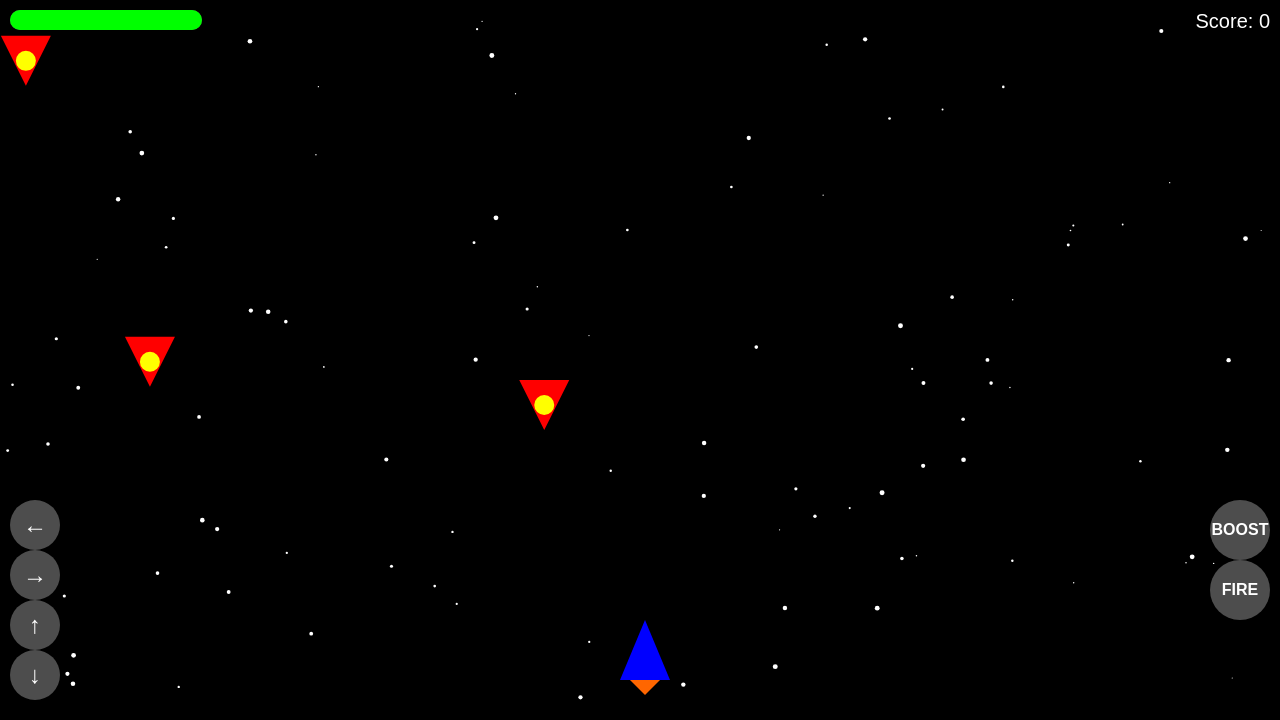
Repository: BiranOrundas/space-shooter
Page: space-shooter.html
These files come from the project's save history. The page is drawn as it stood at one moment and after the next save; the edit follows.
The browser window is 1280 px wide. The pictures show the whole page.

Above is the page before, as saved 2025-03-13 15:36:54.

### space-shooter.html
<!DOCTYPE html>
<html lang="en">
<head>
  <meta charset="UTF-8">
  <meta name="viewport" content="width=device-width, initial-scale=1.0">
  <title>Space Shooter</title>
  <style>
    body {
      margin: 0;
      overflow: hidden;
      touch-action: none;
      font-family: Arial, sans-serif;
      background-color: #000;
      display: flex;
      justify-content: center;
      align-items: center;
      height: 100vh;
    }

    #game-container {
      position: relative;
      width: 100vw;
      height: 100vh;
      background-color: #000;
      overflow: hidden;
      touch-action: none;
    }

    #game-canvas {
      width: 100%;
      height: 100%;
    }

    #controls {
      position: absolute;
      bottom: 20px;
      left: 0;
      width: 100%;
      display: flex;
      justify-content: space-between;
      z-index: 10;
    }

    .direction-btn {
      width: 50px;
      height: 50px;
      background-color: rgba(255, 255, 255, 0.3);
      border-radius: 50%;
      display: flex;
      justify-content: center;
      align-items: center;
      color: white;
      font-weight: bold;
      font-size: 24px;
      user-select: none;
      margin: 0 10px;
    }
    .direction-btnpress {
      width: 50px;
      height: 50px;
      background-color: rgba(24, 124, 4, 0.3);
      border-radius: 50%;
      display: flex;
      justify-content: center;
      align-items: center;
      color: white;
      font-weight: bold;
      font-size: 24px;
      user-select: none;
      margin: 0 10px;
    }

    .action-btn {
      width: 60px;
      height: 60px;
      background-color: rgba(255, 255, 255, 0.3);
      border-radius: 50%;
      display: flex;
      justify-content: center;
      align-items: center;
      color: white;
      font-weight: bold;
      font-size: 16px;
      user-select: none;
      margin: 0 10px;
    }

    #life-bar-container {
      position: absolute;
      top: 10px;
      left: 10px;
      width: 15%;
      height: 20px;
      background-color: rgba(255, 255, 255, 0.3);
      border-radius: 10px;
    }

    #life-bar {
      height: 100%;
      width: 100%;
      background-color: #0f0;
      border-radius: 10px;
      transition: width 0.5s;
    }

    #score {
      position: absolute;
      top: 10px;
      right: 10px;
      color: white;
      font-size: 20px;
    }

    #game-over {
      position: absolute;
      top: 0;
      left: 0;
      width: 100%;
      height: 100%;
      background-color: rgba(0, 0, 0, 0.8);
      display: none;
      flex-direction: column;
      justify-content: center;
      align-items: center;
      color: white;
      font-size: 30px;
      z-index: 20;
    }

    #restart-btn {
      margin-top: 20px;
      padding: 10px 20px;
      background-color: #0f0;
      color: black;
      border: none;
      border-radius: 5px;
      font-size: 18px;
      cursor: pointer;
    }

    .star {
      position: absolute;
      background-color: white;
      border-radius: 50%;
    }
  </style>
</head>
<body>
  <div id="game-container">
    <div id="life-bar-container">
      <div id="life-bar"></div>
    </div>
    <div id="score">Score: 0</div>
    <canvas id="game-canvas"></canvas>

    <div id="controls">
      <div id="movement-controls">
        <div name="leftButton" class="direction-btn" id="left-btn">←</div>
        <div name="rightButton" class="direction-btn" id="right-btn">→</div>
        <div name="upButton" class="direction-btn" id="up-btn">↑</div>
        <div name="downButton" class="direction-btn" id="down-btn">↓</div>
      </div>
      <div id="action-controls">
        <div class="action-btn" id="boost-btn">BOOST</div>
        <div class="action-btn" id="shoot-btn">FIRE</div>
      </div>
    </div>

    <div id="game-over">
      <div>GAME OVER</div>
      <div id="final-score">Score: 0</div>
      <button id="restart-btn">Restart</button>
    </div>
  </div>

  <script>
    // Game setup
    const canvas = document.getElementById('game-canvas');
    const ctx = canvas.getContext('2d');

    // Set canvas dimensions to match container
    const container = document.getElementById('game-container');
    canvas.width = container.clientWidth;
    canvas.height = container.clientHeight;

    // Game variables
    let score = 15000;
    let gameOver = false;
    let animationId;

    // Player variables
    const player = {
      x: canvas.width / 2 - 20,
      y: canvas.height - 100,
      width: 50,
      height: 60,
      speed: 5,
      boostedSpeed: 10,
      isBoosting: false,
      life: 100,
      color: '#00f',
      cooldown: 0,
      lastShot: 0
    };


    // Game elements arrays
    const bullets = [];
    const enemies = [];
    const stars = [];

    // Control variables
    let leftPressed = false;
    let rightPressed = false;
    let upPressed = false;
    let downPressed = false;
    let shootPressed = false;
    let boostPressed = false;

    // Generate stars for background
    function createStars() {
      const starCount = 100;
      for (let i = 0; i < starCount; i++) {
        stars.push({
          x: Math.random() * canvas.width,
          y: Math.random() * canvas.height,
          size: Math.random() * 2 + 0.5,
          speed: Math.random() * 2 + 1.9
        });
      }
    }

    // Draw player's spaceship
    function drawPlayer() {
      // Draw player ship
      ctx.fillStyle = player.color;

      // Ship body
      ctx.beginPath();
      ctx.moveTo(player.x + player.width / 2, player.y);
      ctx.lineTo(player.x + player.width, player.y + player.height);
      ctx.lineTo(player.x, player.y + player.height);
      ctx.closePath();
      ctx.fill();

      // Engine flames
      if (player.isBoosting) {
        ctx.fillStyle = '#ff0';
      } else {
        ctx.fillStyle = '#f60';
      }

      const flameHeight = player.isBoosting ? 30 : 15;
      ctx.beginPath();
      ctx.moveTo(player.x + 10, player.y + player.height);
      ctx.lineTo(player.x + player.width / 2, player.y + player.height + flameHeight);
      ctx.lineTo(player.x + player.width - 10, player.y + player.height);
      ctx.closePath();
      ctx.fill();
    }

    // Create a bullet
    function shootBullet() {
      const now = Date.now();
      if (now - player.lastShot > 100) { // Cooldown in ms
        bullets.push({
          x: player.x + player.width / 2 - 3,
          y: player.y,
          width: 2,
          height: 10,
          speed: 20,
          color: '#f00'
        });
        player.lastShot = now;
      }
    }

    // Draw bullets
    function drawBullets() {
      bullets.forEach(bullet => {
        ctx.fillStyle = bullet.color;
        ctx.fillRect(bullet.x, bullet.y, bullet.width, bullet.height);
      });
    }

    // Create enemy ships
// Create enemy ships
function spawnEnemy() {
  if (Math.random() < 0.02 && !gameOver) {
    // Eğer boost aktifse, düşmanların hızını artır
    const enemySpeed = player.isBoosting ? Math.random() * 16 + 2 : Math.random() * 2 + 1;

    enemies.push({
      x: Math.random() * (canvas.width - 50),
      y: -50,
      width: 50,
      height: 50,
      speed: enemySpeed  // Boost durumuna göre hız
    });
  }
}


    // Draw enemy ships
    function drawEnemies() {
      enemies.forEach(enemy => {
        // Enemy ship body
        ctx.fillStyle = '#f00';
        ctx.beginPath();
        ctx.moveTo(enemy.x + enemy.width / 2, enemy.y + enemy.height);
        ctx.lineTo(enemy.x + enemy.width, enemy.y);
        ctx.lineTo(enemy.x, enemy.y);
        ctx.closePath();
        ctx.fill();

        // Enemy details
        ctx.fillStyle = '#ff0';
        ctx.beginPath();
        ctx.arc(enemy.x + enemy.width / 2, enemy.y + enemy.height / 2, 10, 0, Math.PI * 2);
        ctx.fill();
      });
    }

    // Draw stars background
    function drawStars() {
      ctx.fillStyle = 'white';
      stars.forEach(star => {
        ctx.beginPath();
        ctx.arc(star.x, star.y, star.size, 0, Math.PI * 2);
        ctx.fill();
      });
    }

    // Update star positions
  // Update star positions
function updateStars() {
  stars.forEach(star => {
    // Eğer boost aktifse, yıldızın hızını artır
    const speedFactor = player.isBoosting ? 3.5 : 1; // Boost aktifse hız 1.5 kat artar, yoksa normal hız

    star.y += star.speed * speedFactor; // Yıldızın hızı boost durumuna göre değişir


    // Eğer yıldız ekranın dışına çıkarsa, konumunu sıfırlayın
    if (star.y > canvas.height) {
      star.y = 0;
      star.x = Math.random() * canvas.width;
    }
  });
}


// Update game elements
function updateGameElements() {

  if (leftPressed && player.x > 0) {
    player.x -= player.isBoosting ? player.boostedSpeed : player.speed;
    const LeftDirs = document.getElementsByName("leftButton");
LeftDirs.forEach(btn => {
    btn.style.backgroundColor = "#5CE65C";
});
  }
  if (rightPressed && player.x < canvas.width - player.width) {
    player.x += player.isBoosting ? player.boostedSpeed : player.speed;
  }
  if (upPressed && player.y < canvas.height - player.height) {
    player.y -= player.isBoosting ? player.boostedSpeed : player.speed;
  }
  if (downPressed && player.y < canvas.height - 20 - player.height) {
    player.y += player.isBoosting ? player.boostedSpeed : player.speed;
  }

  // Update bullets
  for (let i = 0; i < bullets.length; i++) {
    bullets[i].y -= bullets[i].speed;

    // Remove bullets that are off screen
    if (bullets[i].y < 0) {
      bullets.splice(i, 1);
      i--;
    }
  }

  // Update enemies
  for (let i = 0; i < enemies.length; i++) {
    enemies[i].y += enemies[i].speed;

    // Check for collision with player
    if (
      player.x < enemies[i].x + enemies[i].width &&
      player.x + player.width > enemies[i].x &&
      player.y < enemies[i].y + enemies[i].height &&
      player.y + player.height > enemies[i].y
    ) {
      // Player hit by enemy
      player.life -= 20;
      updateLifeBar();

      // Remove enemy
      enemies.splice(i, 1);
      i--;

      // Check game over
      if (player.life <= 0) {
        endGame();
      }

      continue;
    }

    // Check for bullets hitting enemies
    for (let j = 0; j < bullets.length; j++) {
      if (
        bullets[j].x < enemies[i].x + enemies[i].width &&
        bullets[j].x + bullets[j].width > enemies[i].x &&
        bullets[j].y < enemies[i].y + enemies[i].height &&
        bullets[j].y + bullets[j].height > enemies[i].y
      ) {
        // Enemy hit by bullet
        score += 50;
        updateScore();

      // Global variable to track if the bullet height has been changed
let bulletHeightUpdated = false;

// Inside the game loop or where you check the score
if (score >= 100 && !bulletHeightUpdated) {
    // Set the bullet height to 100
    bullets.forEach(bullet => {
        bullet.height = 100;
        bullet.color = "#00FF00"
    });

    // Mark the bullet height as updated
    bulletHeightUpdated = true;
}


        // Remove enemy and bullet
        enemies.splice(i, 1);
        bullets.splice(j, 1);
        i--;
        break;
      }
    }

    // Remove enemies that are off screen
    if (enemies[i] && enemies[i].y > canvas.height) {
      enemies.splice(i, 1);
      i--;
    }
  }
}


function Day() {
    const space = document.getElementById("game-container");

    setTimeout((randomColor) => {
        var randomColor = Math.floor(Math.random()*16777215).toString(16);
        space.style.backgroundColor = randomColor;
    },5500);
}


    // Update life bar
    function updateLifeBar() {
      const lifeBar = document.getElementById('life-bar');
      lifeBar.style.width = `${player.life}%`;

      // Change color based on life
      if (player.life > 60) {
        lifeBar.style.backgroundColor = '#0f0';
      } else if (player.life > 30) {
        lifeBar.style.backgroundColor = '#ff0';
      } else {
        lifeBar.style.backgroundColor = '#f00';
      }
    }

    // Update score display
    function updateScore() {
      document.getElementById('score').textContent = `Score: ${score}`;
    }

    // Game over
    function endGame() {
      gameOver = true;
      document.getElementById('game-over').style.display = 'flex';
      document.getElementById('final-score').textContent = `Score: ${score}`;
      cancelAnimationFrame(animationId);
    }

    // Main game loop
    function gameLoop() {
      // Clear canvas
      ctx.fillStyle = '#000';
      ctx.fillRect(0, 0, canvas.width, canvas.height);
        //Space Turning
      Day();

      // Draw stars
      drawStars();
      updateStars();

      // Spawn enemies
      spawnEnemy();


      // Update game elements
      updateGameElements();

      // Fire bullet if shoot button is pressed
      if (shootPressed) {
        shootBullet();
      }

      // Draw game elements
      drawPlayer();
      drawBullets();
      drawEnemies();

      // Continue game loop
      if (!gameOver) {
        animationId = requestAnimationFrame(gameLoop);
      }
    }

    // Event listeners for keyboard controls
    document.addEventListener('keydown', (e) => {
      if (e.key === 'ArrowLeft' || e.key === 'a') leftPressed = true;
      if (e.key === 'ArrowRight' || e.key === 'd') rightPressed = true;
      if (e.key === 'ArrowUp' || e.key === 'w') upPressed = true;
      if (e.key === 'ArrowDown' || e.key === 's') downPressed = true;
      if (e.key === ' ' || e.key === 'Enter') shootPressed = true;
      if (e.key === 'Shift') {
        boostPressed = true;
        player.isBoosting = true;
      }
    });

    document.addEventListener('keyup', (e) => {
      if (e.key === 'ArrowLeft' || e.key === 'a') leftPressed = false;
      if (e.key === 'ArrowRight' || e.key === 'd') rightPressed = false;
      if (e.key === 'ArrowUp' || e.key === 'w') upPressed = false;
      if (e.key === 'ArrowDown' || e.key === 's') downPressed = false;
      if (e.key === ' ' || e.key === 'Enter') shootPressed = false;
      if (e.key === 'Shift') {
        boostPressed = false;
        player.isBoosting = false;
      }
    });

    // Touch controls
    const leftBtn = document.getElementById('left-btn');
    const rightBtn = document.getElementById('right-btn');
    const shootBtn = document.getElementById('shoot-btn');
    const boostBtn = document.getElementById('boost-btn');

    leftBtn.addEventListener('touchstart', (e) => {
      e.preventDefault();
      leftPressed = true;
    });

    leftBtn.addEventListener('touchend', (e) => {
      e.preventDefault();
      leftPressed = false;
    });

    rightBtn.addEventListener('touchstart', (e) => {
      e.preventDefault();
      rightPressed = true;
    });

    rightBtn.addEventListener('touchend', (e) => {
      e.preventDefault();
      rightPressed = false;
    });

    shootBtn.addEventListener('touchstart', (e) => {
      e.preventDefault();
      shootPressed = true;
    });

    shootBtn.addEventListener('touchend', (e) => {
      e.preventDefault();
      shootPressed = false;
    });

    boostBtn.addEventListener('touchstart', (e) => {
      e.preventDefault();
      boostPressed = true;
      player.isBoosting = true;
    });

    boostBtn.addEventListener('touchend', (e) => {
      e.preventDefault();
      boostPressed = false;
      player.isBoosting = false;
    });

    // Mouse controls (for testing on desktop)
    leftBtn.addEventListener('mousedown', () => {
      leftPressed = true;
    });

    leftBtn.addEventListener('mouseup', () => {
      leftPressed = false;
    });

    rightBtn.addEventListener('mousedown', () => {
      rightPressed = true;
    });

    rightBtn.addEventListener('mouseup', () => {
      rightPressed = false;
    });

    shootBtn.addEventListener('mousedown', () => {
      shootPressed = true;
    });

    shootBtn.addEventListener('mouseup', () => {
      shootPressed = false;
    });

    boostBtn.addEventListener('mousedown', () => {
      boostPressed = true;
      player.isBoosting = true;
    });

    boostBtn.addEventListener('mouseup', () => {
      boostPressed = false;
      player.isBoosting = false;
    });

    // Restart game
    document.getElementById('restart-btn').addEventListener('click', () => {
      // Reset game state
      score = 0;
      gameOver = false;
      player.life = 100;
      player.x = canvas.width / 2 - 25;
      player.y = canvas.height - 100;
      player.isBoosting = false;

      // Clear arrays
      bullets.length = 0;
      enemies.length = 0;

      // Update UI
      updateScore();
      updateLifeBar();

      // Hide game over screen
      document.getElementById('game-over').style.display = 'none';

      // Start game loop
      gameLoop();
    });

    // Initialize game
    function initGame() {
      createStars();
      updateLifeBar();
      gameLoop();
    }

    // Start the game
    window.addEventListener('load', initGame);

    window.addEventListener('resize', () => {
  canvas.width = container.clientWidth;
  canvas.height = container.clientHeight;
});
  </script>
</body>
</html>

After the next save:
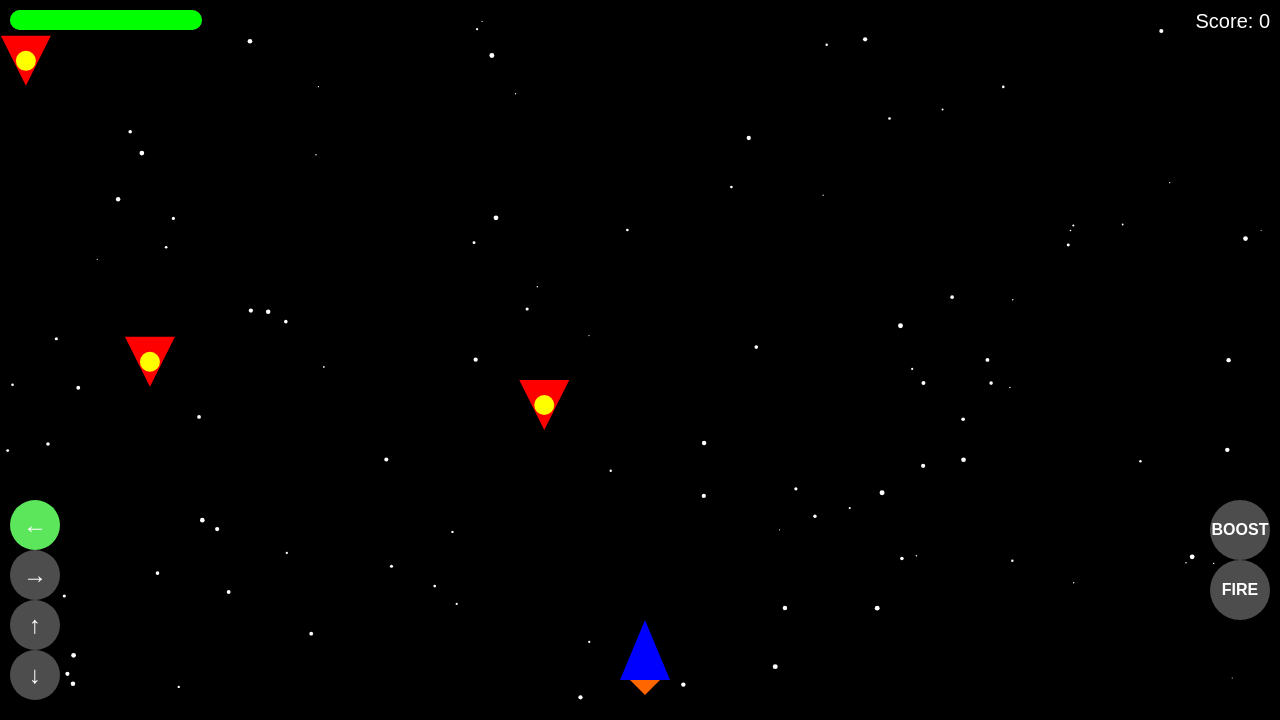
Saved 58 s later.
--- a/space-shooter.html
+++ b/space-shooter.html
@@ -359,6 +359,12 @@
 LeftDirs.forEach(btn => {
     btn.style.backgroundColor = "#5CE65C";
 });
+  }else{
+    const LeftDirs = document.getElementsByName("leftButton");
+LeftDirs.forEach(btn => {
+    btn.style.backgroundColor = "#5CE65C";
+});
+
   }
   if (rightPressed && player.x < canvas.width - player.width) {
     player.x += player.isBoosting ? player.boostedSpeed : player.speed;

After the save that followed:
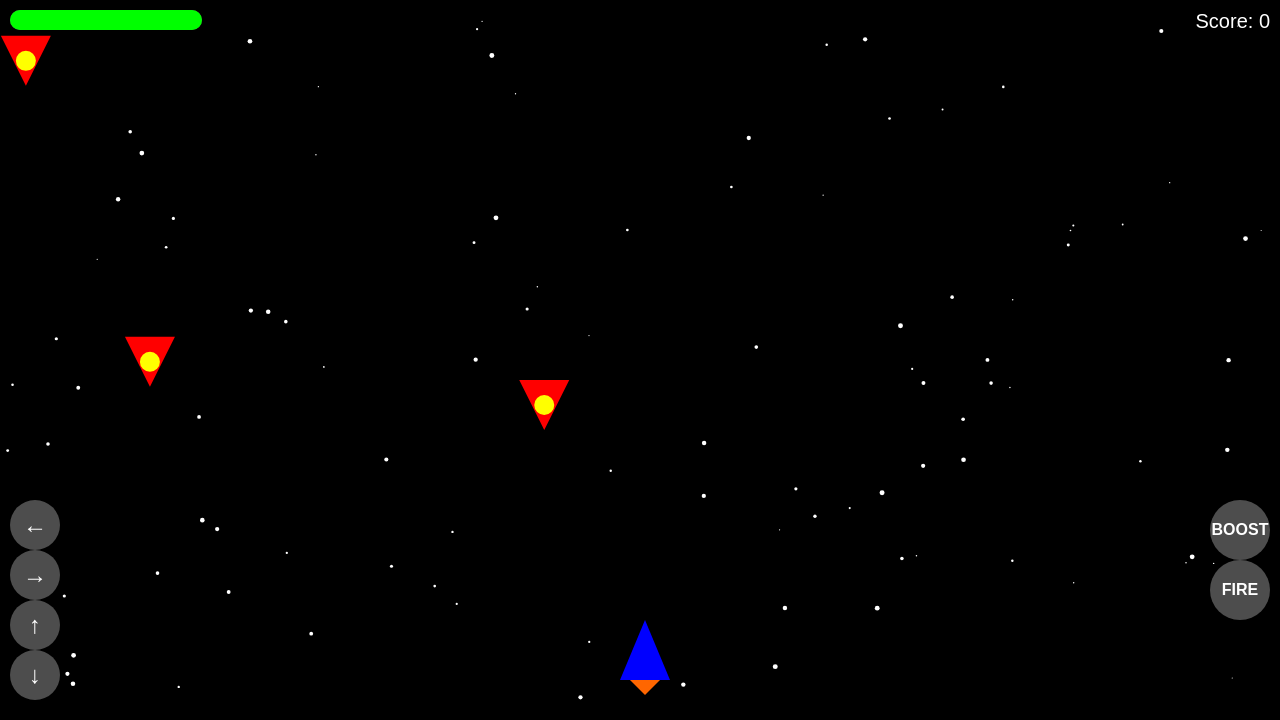
Saved 4 s later.
--- a/space-shooter.html
+++ b/space-shooter.html
@@ -362,7 +362,7 @@
   }else{
     const LeftDirs = document.getElementsByName("leftButton");
 LeftDirs.forEach(btn => {
-    btn.style.backgroundColor = "#5CE65C";
+    btn.style.backgroundColor = "#00000";
 });
 
   }
